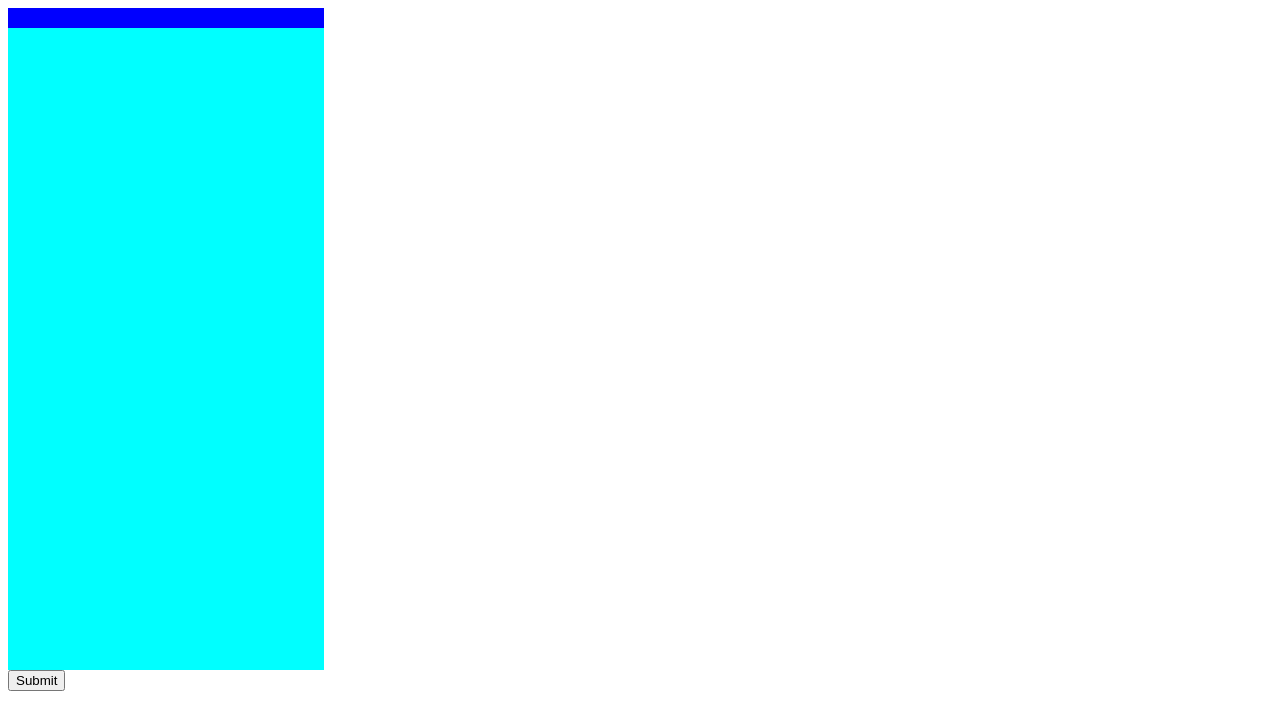
Repository: tr2cky/barrage
Page: index.html
These files come from the project's save history. The page is drawn as it stood at one moment and after a run of saves; the edit follows.
The browser window is 1280 px wide. The pictures show the whole page.

Above is the page before, as saved 2022-10-03 13:36:31.

After the next 24 saves:
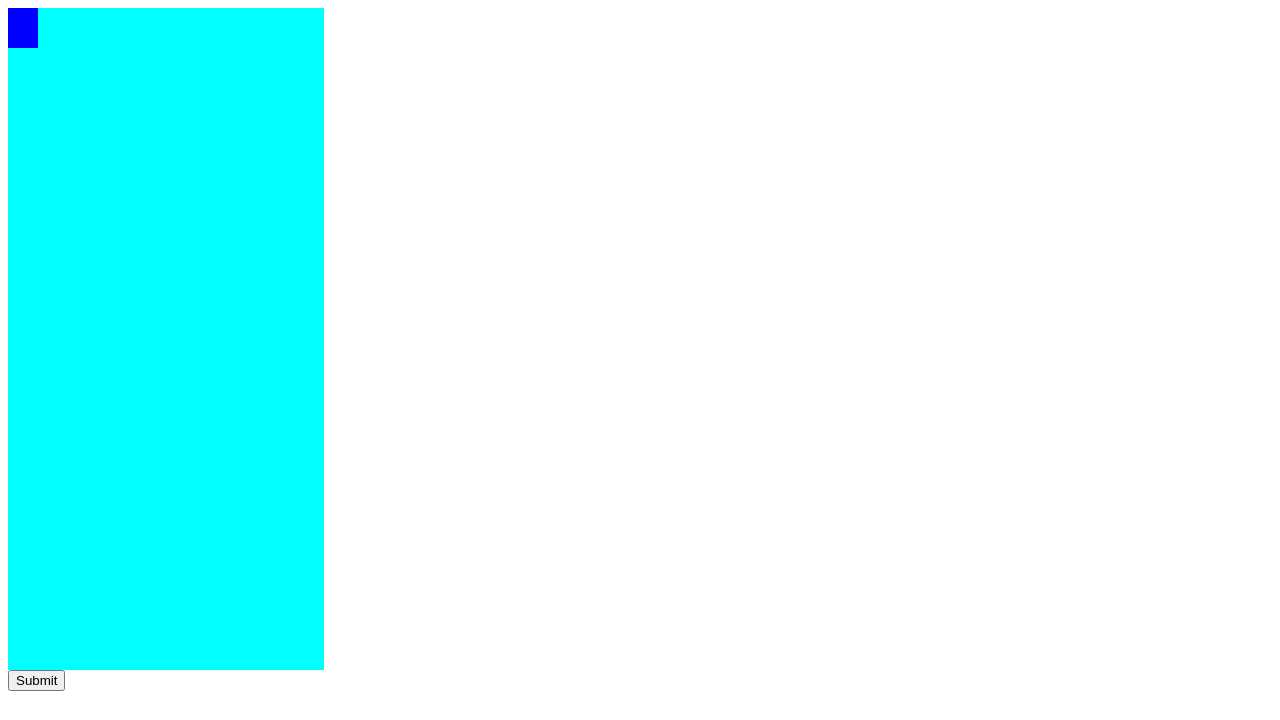
The 24 saves are shown as one change because they came seconds apart.
The last was saved 41 s later.
--- a/style.css
+++ b/style.css
@@ -8,6 +8,8 @@
 }
 .box1 {
     background-color: blue;
-    padding: 10px 20px;
+    width: 10px;
+    height: 20px;
+    padding: 10px;
 
 }
